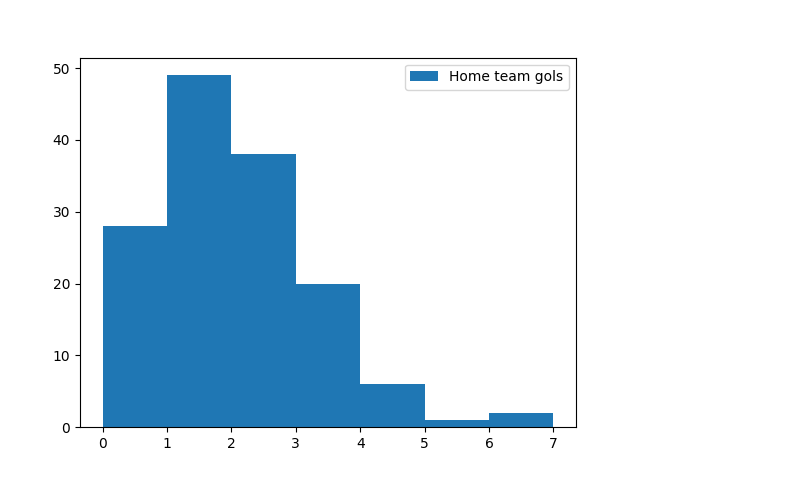
Repository: nelsonalexandrino/python_matplotlib_datavisualization_
Script's output: python Histograms.py
An editor plug-in stored every save of this project. The script's output is shown before and after the next save, followed by the edit.
Random numbers start from a fixed seed.

Above is the script's output before, as saved 2019-08-25 12:47:40.

After the next save:
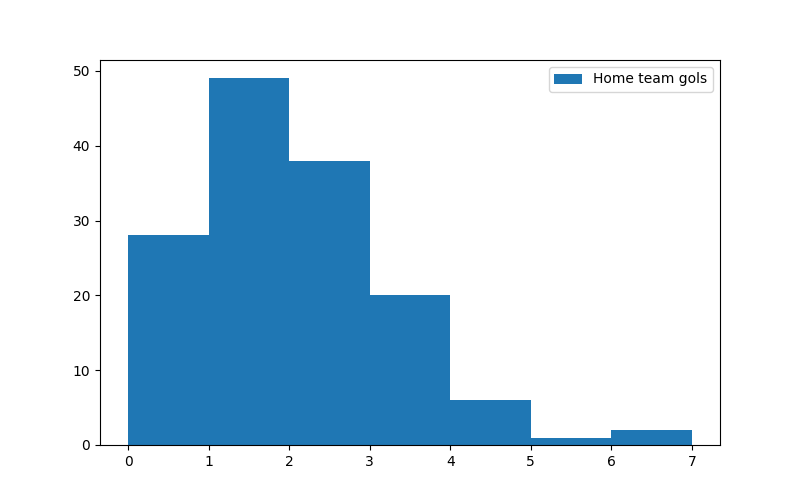
Saved 38 s later.
--- a/Histograms.py
+++ b/Histograms.py
@@ -7,6 +7,7 @@ with open('Goals.txt', 'r') as file:
         '\n').strip(' ').split(' ')]
 
 
+pyplot.figure(figsize=(8, 5))
 pyplot.hist(HomeTeamGoals, bins=range(8),
             label='Home team gols')
 pyplot.legend()
